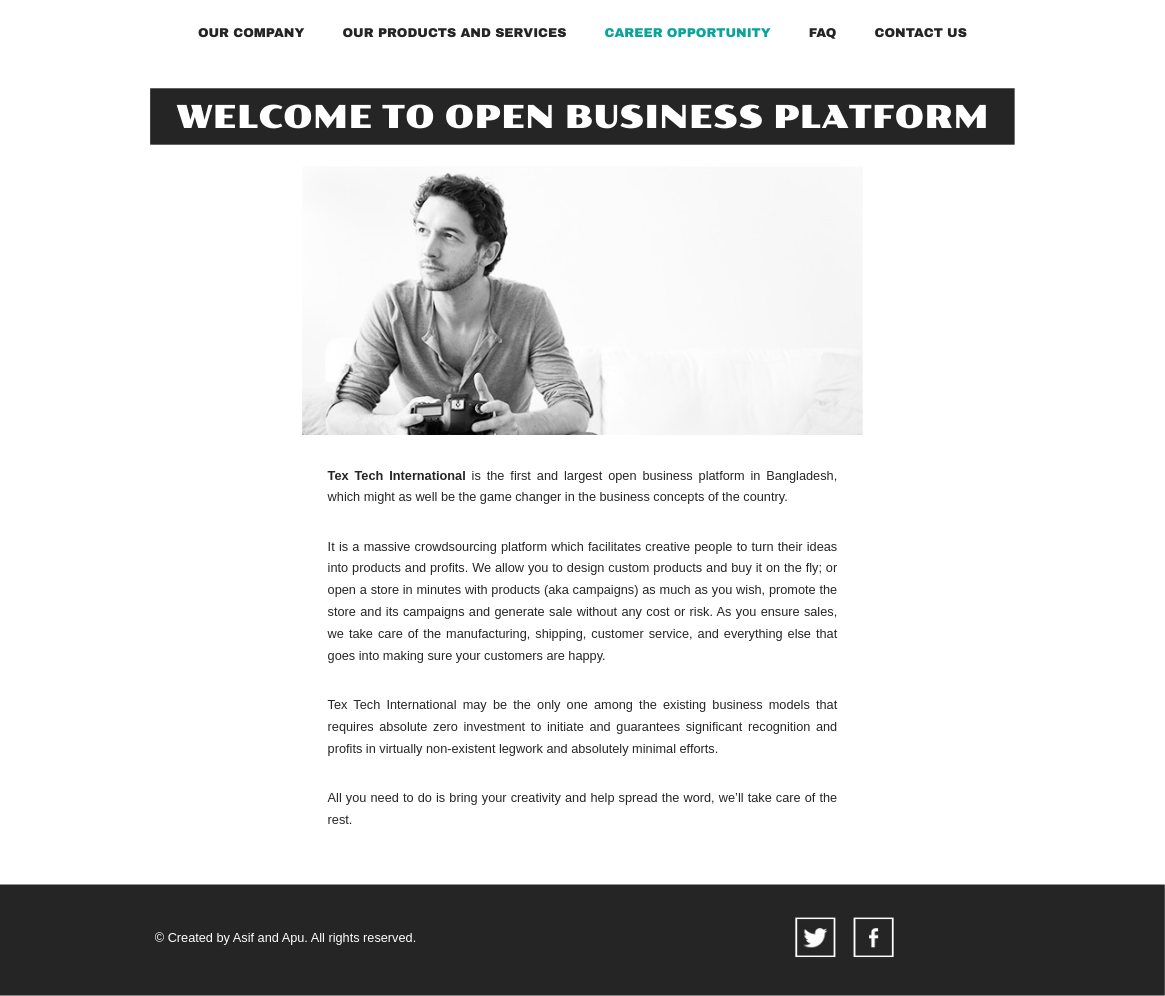
Repository: asifdotpy/textechint
Page: about.html
These files come from the project's save history. The page is drawn as it stood at one moment and after a run of saves; the edit follows.
The browser window is 1280 px wide. The pictures show the whole page, at 91% of full size.

Above is the page before, as saved 2021-02-24 00:50:39.

### about.html
<!doctype html>
<html>
<head>
	<meta charset="UTF-8">
	<meta name="viewport" content="width=device-width, initial-scale=1.0">
	<title>Career Opportunity - Tex Tech International</title>
	<link rel="stylesheet" type="text/css" href="css/style.css">
	<link rel="stylesheet" type="text/css" href="css/mobile.css" media="screen and (max-width : 568px)">
	<script type="text/javascript" src="js/mobile.js"></script>
</head>
<body>
	<div id="header">
		<ul id="navigation">
			<li>
				<a href="index.html">our company</a>
			</li>
			<li>
				<a href="gallery.html">Our Products and services
				</a>
			</li>
			<li class="selected">
				<a href="about.html">career opportunity</a>
			</li>
			<li>
				<a href="blog.html">faq</a>
			</li>
			<li>
				<a href="contact.html">contact us</a>
			</li>
		</ul>
	</div>
	<div id="body">
		<h1><span>Welcome to Open Business Platform</span></h1>
		<div>
			<img src="images/photographer.jpg" alt="">
			<div class="article">
				<!--<h3>Tex Tech International is the first and largest open business platform in Bangladesh</h3>-->
				<p><b>Tex Tech International</b> is the first and largest open business platform in Bangladesh, which might as well be the game changer in the business concepts of the country. </p>
				<!--<h3>Our goal </h3>-->
				<p>It is a massive crowdsourcing platform which facilitates creative people to turn their ideas into products and profits. We allow you to design custom products and buy it on the fly; or open a store in minutes with products (aka campaigns) as much as you wish, promote the store and its campaigns and generate sale without any cost or risk. As you ensure sales, we take care of the manufacturing, shipping, customer service, and everything else that goes into making sure your customers are happy.</p>
				<!--<h3>Be Part of Our Community</h3>-->
				<p>Tex Tech International may be the only one among the existing business models that requires absolute zero investment to initiate and guarantees significant recognition and profits in virtually non-existent legwork and absolutely minimal efforts.</p>
				<!--<h3>Work area</h3>-->
				<p>All you need to do is bring your creativity and help spread the word, we’ll take care of the rest.</p>
			</div>
		</div>
	</div>
	<div id="footer">
		<div>
			<p>&copy; Created by Asif and Apu. All rights reserved.</p>
			<ul>
				<li>
					<a href="http://freewebsitetemplates.com/go/twitter/" id="linkedin">lindedin</a>
				</li>
				<li>
					<a href="https://www.facebook.com/textechint" target="_blank" id="facebook">facebook</a>
			</ul>
		</div>
	</div>
</body>
</html>

### css/style.css
@font-face {
	font-family: 'poller_oneregular';
	src: url('../fonts/pollerone/pollerone-webfont.eot');
	src: url('../fonts/pollerone/pollerone-webfont.eot?#iefix') format('embedded-opentype'),
		 url('../fonts/pollerone/pollerone-webfont.woff') format('woff'),
		 url('../fonts/pollerone/pollerone-webfont.ttf') format('truetype'),
		 url('../fonts/pollerone/pollerone-webfont.svg#poller_oneregular') format('svg');
}
@font-face {
	font-family: 'leckerli_oneregular';
	src: url('../fonts/leckerlione/leckerlione-regular-webfont.eot');
	src: url('../fonts/leckerlione/leckerlione-regular-webfont.eot?#iefix') format('embedded-opentype'),
		 url('../fonts/leckerlione/leckerlione-regular-webfont.woff') format('woff'),
		 url('../fonts/leckerlione/leckerlione-regular-webfont.ttf') format('truetype'),
		 url('../fonts/leckerlione/leckerlione-regular-webfont.svg#leckerli_oneregular') format('svg');
}

body {
	background: #fff;
	font-family: Arial, Helvetica, sans-serif;
	font-size: 14px;
	font-weight: normal;
	line-height: 1;
	margin: 0;
	min-width: 960px;
	padding: 0;
}
p {
	color: #252525;
	line-height: 24px;
	margin: 0;
	padding: 0;
}
p a {
	color: #252525;
	text-decoration: underline;
}
p a:hover {
	color: #898989;
}
#header {
	margin: 0 auto;
	padding: 4px 0 50px;
	text-align: center;
	width: 960px;
}
#header a.logo {
	display: block;
	margin: 0 auto;
	padding: 0;
	width: 340px;
}
#header a.logo img {
	border: 0;
	display: block;
	margin: 0;
	padding: 0;
}
#header ul {
	margin: 0;
	padding: 25px 0 0;
}
#header ul li {
	display: inline;
	list-style: none;
	margin: 0;
	padding: 0 19px;
}
#header ul li a {
	color: #252525;
	display: inline-block;
	font-family: "Arial Black", Gadget, sans-serif;
	font-size: 14px;
	font-weight: normal;
	margin: 0;
	padding: 0 0 3px;
	text-decoration: none;
	text-transform: uppercase;
}
#header ul li a:hover, #header ul li.selected a {
	color: #0ba39c;
}
#body {
	margin: 0;
	padding: 0 0 30px;
	text-align: center;
}
#body h1 {
	color: #fff;
	display: inline;
	font-family: poller_oneregular;
	font-size: 35px;
	font-weight: normal;
	margin: 0;
	padding: 0;
	text-transform: uppercase;
}
#body h1 span {
	background: #252525;
	display: inline-block;
	padding: 15px 28px 12px;
}
#body > div {
	margin: 0 auto;
	padding: 0;
	width: 960px;
}
#body > div img {
	border: 0 auto;
	margin: 24px 0 0;
	padding: 0;
}
#body > div .article {
	margin: 0 auto;
	padding: 30px 30px 0;
	width: 560px;
}
#body > div .article h2 {
	font-family: "Arial Black", Gadget, sans-serif;
	font-size: 25px;
	font-weight: normal;
	margin: 0 0 30px;
}
#body > div .article h3 {
	color: #252525;
	line-height: 24px;
	margin: 0;
	padding: 0;
}
#body > div .article h4 {
	background: #252525;
	color: #fff;
	display: inline-block;
	font-family: "Arial Black", Gadget, sans-serif;
	font-size: 25px;
	font-weight: normal;
	margin: 0 0 30px;
	padding: 8px 27px 10px;
}
#body > div .article p {
	margin: 0 0 30px;
	text-align: justify;
}
#body div div ul {
	margin: 0;
	padding: 24px 10px 0;
	width: 940px;
	list-style-type: none;
}
#body div div ul li {
	border: 2px solid #1a1a1a;
	display: block;
	list-style: none;
	margin: 0 0 13px;
	overflow: hidden;
	padding: 0;
}
#body div ul li .figure {
	border-right: 2px solid #1a1a1a;
	float: left;
	margin: 0;
	padding: 0;
	width: 376px;
}
#body div ul li img {
	border: 0;
	display: block;
	margin: 0;
	padding: 0;
	opacity: 0.8;
	transition: 0.5s ease-in-out;
}
#body div ul li .figure:hover img {
	opacity: 1;
}
#body div ul li div {
	float: left;
	margin: 0;
	padding: 63px 0 20px;
	width: 558px;
}
#body div ul li div h3 {
	color: #252525;
	font-family: "Arial Black", Gadget, sans-serif;
	font-size: 25px;
	font-weight: normal;
	margin: 0;
	padding: 0;
	text-transform: uppercase;
}
#body div ul li div p {
	padding: 30px 30px 18px;
}
#body div ul li div a.more {
	background: #000;
	color: #fff;
	display: inline-block;
	font-family: "Arial Black", Gadget, sans-serif;
	font-size: 18px;
	font-weight: normal;
	margin: 0;
	padding: 8px 28px;
	text-decoration: none;
	text-transform: uppercase;
}
#body div ul li div a.more:hover {
	color: #252525;
	background: #fff;
	border: 2px solid #252525;
}
#body #featured {
	margin: 0 0 13px;
	padding: 0;
	position: relative;
	width: 100%;
}
#body #featured img {
	border: 0;
	display: block;
	margin: 0;
	padding: 0;
	width: 100%;
	height: auto;
}
#body #featured div {
	left: 50%;
	margin-left: -480px;
	margin-top: -171px;
	padding: 0 0 0 470px;
	position: absolute;
	top: 50%;
	text-align: left;
	width: 490px;
}
#body #featured div h2 {
	background: #fff;
	color: #000;
	display: inline-block;
	font-family: poller_oneregular;
	font-size: 20px;
	font-weight: normal;
	margin: 0 0 18px;
	padding: 23px 27px 20px;
	text-transform: uppercase;
}
#body #featured div span {
	background: #252525;
	color: #fff;
	display: inline-block;
	font-size: 20px;
	margin: 7px 0;
	padding: 12px 27px;
}
#body #featured div a {
	background: #0ba39c;
	color: #fff;
	display: inline-block;
	font-size: 16px;
	margin: 15px 0 0;
	padding: 26px 27px 22px;
	text-align: center;
	text-decoration: none;
	text-transform: uppercase;
}
#body #featured div a:hover {
	background: #1fc3bc;
}
#body > ul {
	margin: 0 auto;
	overflow: hidden;
	padding: 24px 0 0;
	width: 960px;
}
#body > ul li {
	display: block;
	float: left;
	margin: 0 10px 20px;
	padding: 0;
	width: 300px;
}
#body > ul li a {
	color: #000;
	display: block;
	font-family: poller_oneregular;
	font-size: 20px;
	font-weight: normal;
	margin: 0;
	padding: 0;
	text-align: center;
	text-decoration: none;
	text-transform: uppercase;
}
#body > ul li a img {
	border: 2px solid #1a1a1a;
	display: block;
	margin: 0;
	padding: 0;
	opacity: .8;
	transition: 0.5s ease-in-out;
}
#body > ul li a:hover img {
	opacity: 1;
}
#body > ul li a span {
	display: block;
	margin: 0;
	padding: 33px 0 0;
}
#body form {
	margin: 0 auto;
	padding: 24px 0 0;
	width: 620px;
}
#body form input, #body form textarea {
	border: 2px solid #252525;
	color: #252525;
	font-family: Arial, Helvetica, sans-serif;
	font-size: 15px;
	font-weight: normal;
	margin: 0 0 37px;
	padding: 20px 10px;
	text-align: center;
	text-transform: uppercase;
	width: 596px;
}
#body form textarea {
	height: 175px;
	overflow: auto;
	resize: none;
}
#body form #send {
	background: #252525;
	color: #fff;
	font-family: "Arial Black", Gadget, sans-serif;
	font-size: 15px;
	font-weight: normal;
	display: inline-block;
	padding: 20px 28px;
	width: auto;
}
#body form #send:hover {
	background: #fff;
	color: #252525;
	cursor: pointer;
}
#footer {
	background: #252525;
	margin: 0;
	padding: 36px 0 42px;
}
#footer div {
	margin: 0 auto;
	overflow: hidden;
	padding: 0;
	width: 960px;
}
#footer div p {
	color: #fff;
	float: left;
	line-height: 44px;
	margin: 0 0 0 10px;
	padding: 0;
}
#footer div ul {
	display: block;
	float: right;
	margin: 0;
	overflow: hidden;
	padding: 0;
	width: 256px;
}
#footer div ul li {
	display: block;
	float: left;
	list-style: none;
	margin: 0 10px;
	padding: 0;
	width: 44px;
}
#footer div ul li a {
	background: url(../images/icons.jpg) no-repeat 0 0;
	display: block;
	height: 44px;
	margin: 0;
	padding: 0;
	text-indent: -99999px;
	width: 44px;
}
#footer div ul li #linkedin {
	background-position: 0 0;
}
#footer div ul li #linkedin:hover {
	background-position: -44px 0;
}
#footer div ul li #facebook {
	background-position: 0 -44px;
}
#footer div ul li #facebook:hover {
	background-position: -44px -44px;
}

div .intro h1 {
	margin: 0px 50px;
	padding: 0px 50px;
	background-color: #0ba39c;
	text-decoration: #1a1a1a;
}

div .intro p {
	margin: 10px;
	padding: 10px;
	font-size: 16px;
}

div .main {
	font-size: 15px;
}



.post-container {
    margin: 20px 20px 0 0;
    border: 5px solid #333;
    overflow: auto
}
.post-thumb {
    float: left;
}
.post-thumb img {
    display: block;
}
.post-content {
    margin-left: 210px
}
.post-title {
    font-weight: bold;
    font-size: 200%
}

div .main {
	text-align: justify;
}

div .article

### js/mobile.js
window.onload = function(){
	var getNavi = document.getElementById('navigation');

	var mobile = document.createElement("span");
	mobile.setAttribute("id","mobile-navigation");
	getNavi.parentNode.insertBefore(mobile,getNavi);

	document.getElementById('mobile-navigation').onclick = function(){
		var a = getNavi.getAttribute('style');
		if(a){
			getNavi.removeAttribute('style');
			document.getElementById('mobile-navigation').style.backgroundImage='url(images/mobile-menu.png)';
		} else {
			getNavi.style.display='block';
			document.getElementById('mobile-navigation').style.backgroundImage='url(images/mobile-close.png)';
		}
	};
	var getElm = getNavi.getElementsByTagName("LI");
	for(var i=0;i<getElm.length;i++){
		if(getElm[i].children.length>1){
			var smenu = document.createElement("span");
			smenu.setAttribute("class","mobile-submenu");
			smenu.setAttribute("OnClick","submenu("+i+")");
			getElm[i].appendChild(smenu);
		};
	};
	submenu = function (i){
		var sub = getElm[i].children[1];
		var b = sub.getAttribute('style');
		if(b){
			sub.removeAttribute('style');
			getElm[i].lastChild.style.backgroundImage='url(images/mobile-expand.png)';
			getElm[i].lastChild.style.backgroundColor='rgba(11, 163, 156, 0.7)';
		} else {
			sub.style.display='block';
			getElm[i].lastChild.style.backgroundImage='url(images/mobile-collapse.png)';
			getElm[i].lastChild.style.backgroundColor='rgba(0,0,0,0.8)';
		}
	};
};

### css/mobile.css
body {
	min-width: 0;
}
#header {
	padding: 20px 0;
	position: relative;
	width: 100%;
}
#header a.logo {
	width: 80%;
}
#header a.logo img {
	width: 100%;
}
#mobile-navigation {
	background: url(../images/mobile-menu.png) no-repeat 0 0;
	display: block;
	height: 50px;
	margin: 30px auto 0;
	padding: 0;
	width: 50px;
}
#header ul {
	border: 1px solid #fff;
	display: none;
	left: 50%;
	margin-left: -45%;
	padding: 0;
	position: absolute;
	width: 90%;
	z-index: 1001;
}
#header ul li {
	border-top: 1px solid #fff;
	display: block;
	margin: 0;
	padding: 0;
	position: relative;
}
#header > ul > li:first-child {
	border: 0;
}
#header ul li a {
	background: rgba(11, 163, 156, 0.9);
	color: #fff;
	display: block;
	font-family: Arial, Helvetica, sans-serif;
	font-size: 16px;
	font-weight: normal;
	height: 49px;
	line-height: 49px;
	padding: 0 15px;
	text-align: left;
}
#header ul li a:hover, #header ul li.selected a {
	background: rgba(0, 0, 0, 0.9);
	color: #fff;
}
#header ul ul {
	display: none;
	border: 0;
	height: auto;
	left: 0;
	margin: 0;
	position: relative;
	width: 100%;
}
#header ul ul li a {
	text-indent: 15px;
}
#header ul li span {
	background: rgba(11, 163, 156, 0.9) url(../images/mobile-expand.png) no-repeat 0 0;
	border-left: 1px solid #fff;
	display: block;
	height: 49px;
	position: absolute;
	right: 0;
	top: 0;
	width: 50px;
}
#body {
	width: 100%;
}
#body h1 {
	display: block;
	font-size: 20px;
	margin: 0 auto;
	width: 90%;
}
#body h1 span {
	display: block;
	padding: 3%;
	width: 94%;
}
#body > div {
	padding: 0 5%;
	width: 90%;
}
#body > div img {
	margin: 24px 0 30px;
	width: 98%
}
#body > div .article {
	padding: 0;
	width: 100%;
}
#body > div .article h2, #body > div .article h4 {
	font-size: 18px;
	font-weight: bold;
}
#body #featured {
	overflow: hidden;
	margin: 0 0 20px
}
#body #featured img {
	min-width: 960px;
}
#body #featured div {
	left: 0;
	margin: 0;
	padding: 0 2%;
	position: absolute;
	top: 0;
	text-align: left;
	width: 96%;
}
#body #featured div h2 {
	font-size: 14px;
	font-weight: normal;
	margin: 50px 0 10px;
	padding: 8px 5px;
}
#body #featured div span {
	display: block;
	font-size: 14px;
	margin: 10px 0;
	padding: 10px;
}
#body #featured div a {
	font-size: 14px;
	margin: 5px 0 0;
	padding: 10px;
}
#body > ul {
	overflow: visible;
	padding: 0 5%;
	width: 90%;
}
#body ul.gallery {
	padding: 5% 0;
	overflow: hidden;
	width: 100%;
}
#body > ul li {
	float: none;
	margin: 0;
	width: 100%;
}
#body ul.gallery li {
	float: left;
	margin: 0 0 5% 5%;
	width: 42%;
}
#body > ul li a img {
	width: 98%;
}
#body > ul li a span {
	padding: 15px 0;
}
#body div ul {
	margin: 0;
	padding: 20px 0 0;
	width: 100%;
}
#body div ul li {
	overflow: visible;
	padding: 0 0 20px;
	width: 99%;
}
#body div ul li .figure {
	border: 0;
	display: block;
	float: none;
	margin: 0 0 20px;
	width: 100%;
}
#body div ul li .figure img {
	width: 100%;
}
#body div ul li div {
	float: none;
	padding: 0;
	width: 100%;
}
#body div ul li div a.more:hover {
	height: 14px;
	line-height: 14px;
}
#body form {
	width: 100%;
}
#body form input, #body form textarea {
	margin: 0 0 20px;
	padding: 10px;
	width: 84%;
}
#body form #send {
	padding: 10px;
}
#footer {
	padding: 10px 0 25px;
}
#footer div {
	overflow: visible;
	width: 100%;
}
#footer div p {
	float: none;
	margin: 0;
	text-align: center;
}
#footer div ul {
	float: none;
	margin: 0 auto;
	width: 256px;
}

After the next 3 saves:
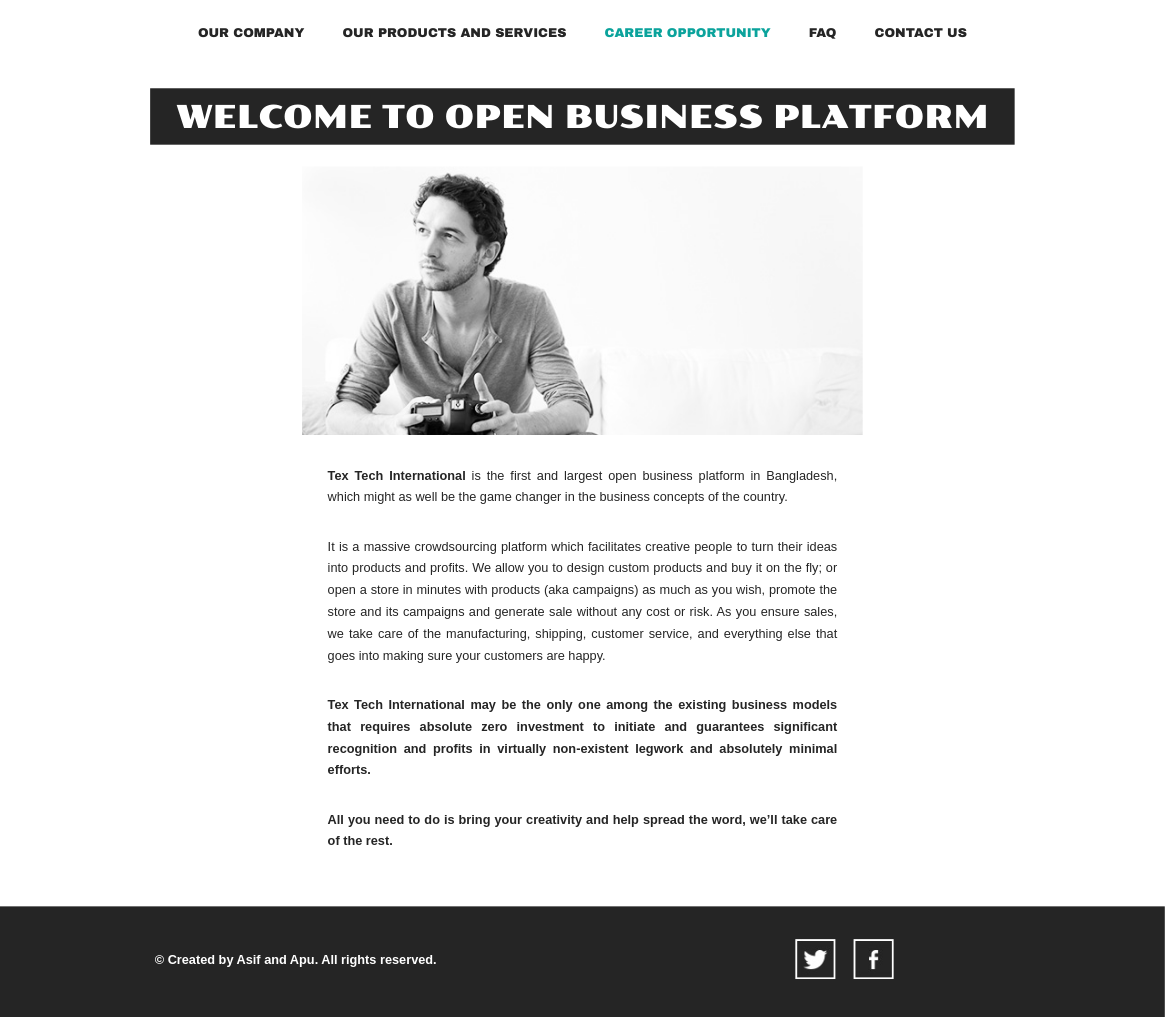
The 3 saves are shown as one change because they came seconds apart.
The last was saved 10 s later.
--- a/about.html
+++ b/about.html
@@ -39,7 +39,7 @@
 				<!--<h3>Our goal </h3>-->
 				<p>It is a massive crowdsourcing platform which facilitates creative people to turn their ideas into products and profits. We allow you to design custom products and buy it on the fly; or open a store in minutes with products (aka campaigns) as much as you wish, promote the store and its campaigns and generate sale without any cost or risk. As you ensure sales, we take care of the manufacturing, shipping, customer service, and everything else that goes into making sure your customers are happy.</p>
 				<!--<h3>Be Part of Our Community</h3>-->
-				<p>Tex Tech International may be the only one among the existing business models that requires absolute zero investment to initiate and guarantees significant recognition and profits in virtually non-existent legwork and absolutely minimal efforts.</p>
+				<p><b>Tex Tech International may be the only one among the existing business models that requires absolute zero investment to initiate and guarantees significant recognition and profits in virtually non-existent legwork and absolutely minimal efforts.</p>
 				<!--<h3>Work area</h3>-->
 				<p>All you need to do is bring your creativity and help spread the word, we’ll take care of the rest.</p>
 			</div>
